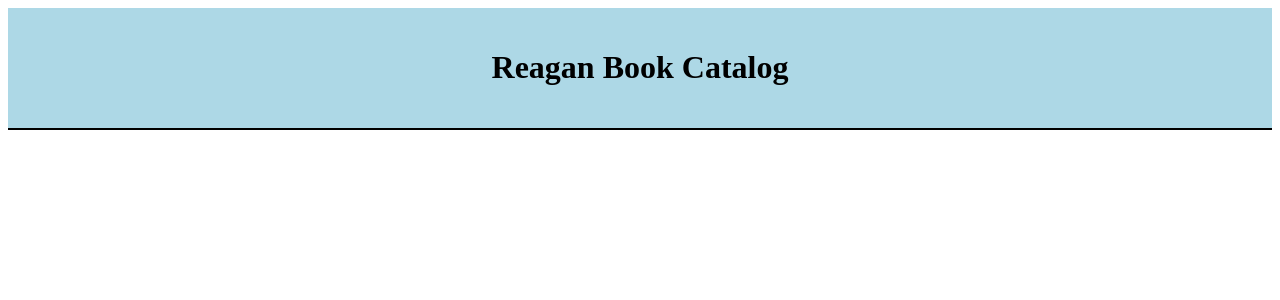
Repository: antyc0817/COMP-3170-Assignment-2-Reagan
Page: /
The author's editor kept a copy of each file at every save. The page is drawn from the files as they stood at one save, then again after the next save.
The browser window is 1280 px wide. The pictures show the whole page.
The project was rebuilt for these pictures with package versions that can differ from the ones it lists, and the page was loaded fresh each time. Also part of the build but not shown: vite.config.js, src/index.css.

Above is the page before, as saved 2025-09-09 17:13:35.

After the next save:
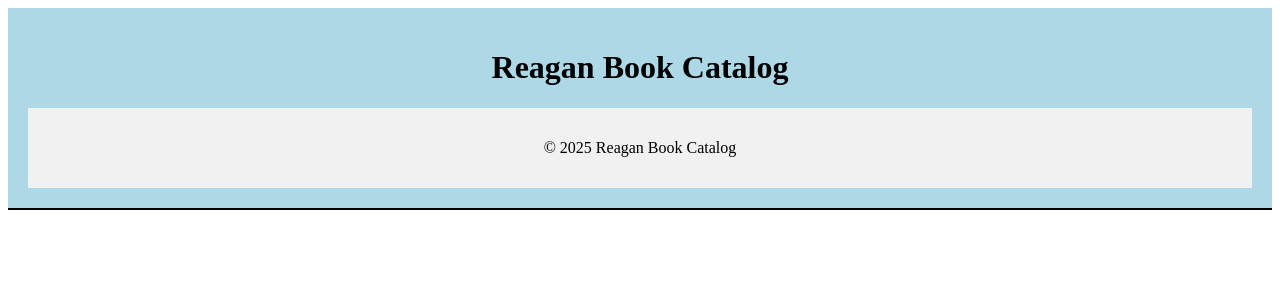
Saved 24 s later.
--- a/src/App.jsx
+++ b/src/App.jsx
@@ -5,6 +5,9 @@ function App() {
         <div>
             <header>
                 <h1>Reagan Book Catalog</h1>
+                <footer>
+                    <p>© {new Date().getFullYear()} Reagan Book Catalog</p>
+                </footer>
             </header>
         </div>
     );
